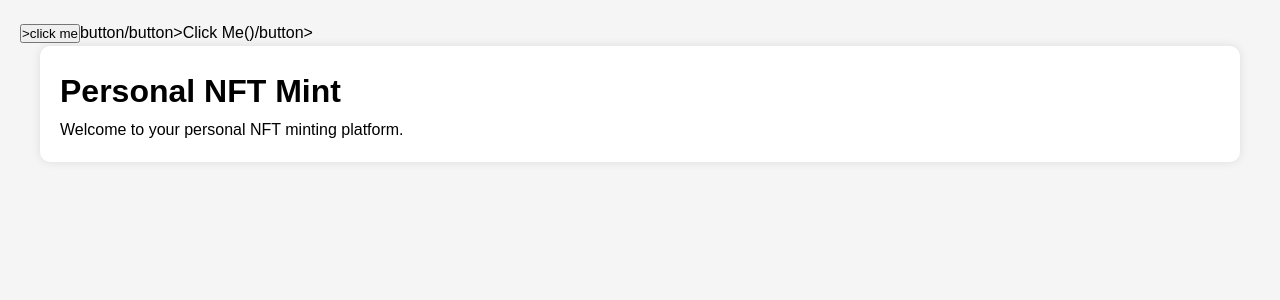
Repository: Ch3fC0d3/-MACT6340
Page: index.html
The author's editor kept a copy of each file at every save. The page is drawn from the files as they stood at one save, then again after the next save.
The browser window is 1280 px wide. The pictures show the whole page.

Above is the page before, as saved 2025-01-15 10:00:06.

After the next save:
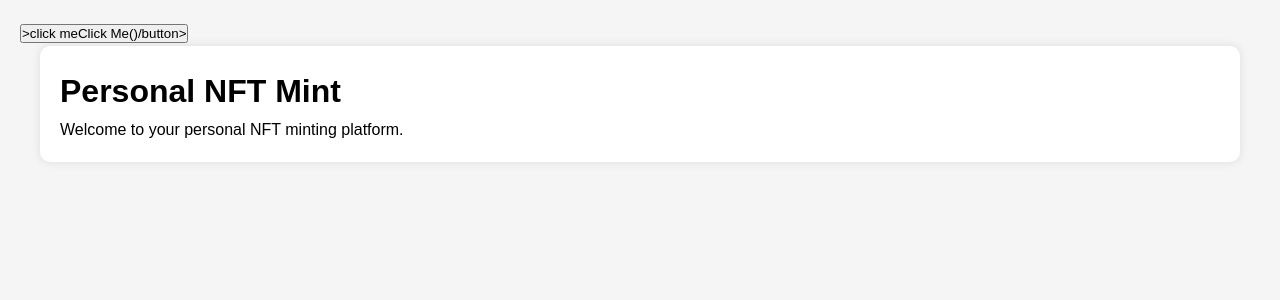
Saved 8 s later.
--- a/index.html
+++ b/index.html
@@ -11,7 +11,7 @@
     <link rel="stylesheet" href="./CSS/style.css">
 </head>
 <body>
-    <button id="TestButton">>click me</button>button/button>Click Me()/button>
+    <button id="TestButton">>click me</bu/button>Click Me()/button>
     <script type="module" src="./js/index.js"></script>
 </body>
 </html>
